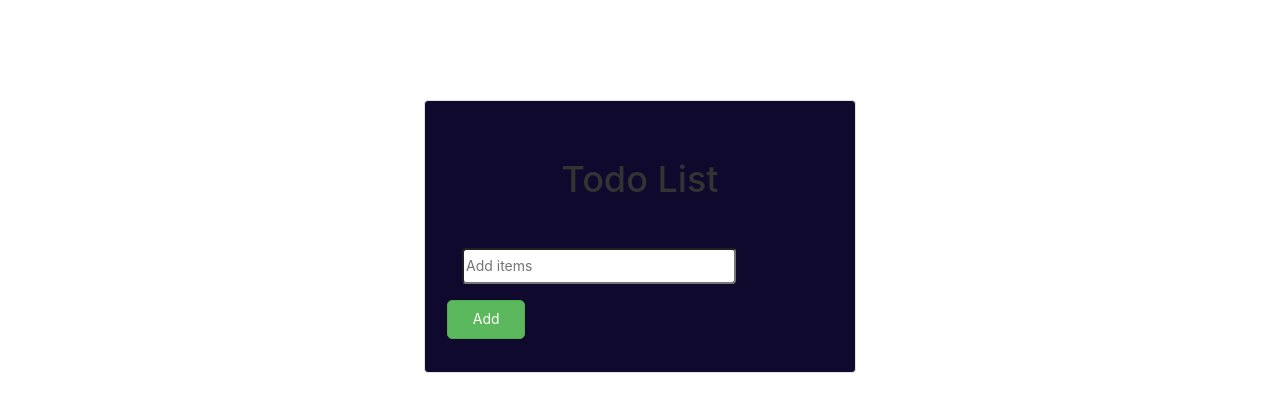
Repository: arpana23/Todo-list
Page: /
An editor plug-in stored every save of this project. The page is shown before and after the next save, followed by the edit.
The browser window is 1280 px wide. The pictures show the whole page.
Some web libraries are served in a nearby version. The project was rebuilt for these pictures with package versions that can differ from the ones it lists, and the page was loaded fresh each time. Also part of the build but not shown: src/Todolist.js.

Above is the page before, as saved 2021-04-15 17:25:14.

### public/index.html
<!DOCTYPE html>
<html lang="en">
  <head>
    <meta charset="utf-8" />
    <link rel="icon" href="%PUBLIC_URL%/favicon.ico" />
    <meta name="viewport" content="width=device-width, initial-scale=1" />
    <meta name="theme-color" content="#000000" />
    <meta
      name="description"
      content="Web site created using create-react-app"
    />
    <link rel="apple-touch-icon" href="%PUBLIC_URL%/logo192.png" />
    <!--
      manifest.json provides metadata used when your web app is installed on a
      user's mobile device or desktop. See https://developers.google.com/web/fundamentals/web-app-manifest/
    -->
    <script src="https://kit.fontawesome.com/94ade1d1ca.js" crossorigin="anonymous"></script>
    <link rel="manifest" href="%PUBLIC_URL%/manifest.json" />
    <!-- Latest compiled and minified CSS -->
    <link rel="stylesheet" href="https://maxcdn.bootstrapcdn.com/bootstrap/3.4.1/css/bootstrap.min.css">

    <!-- jQuery library -->
    <script src="https://ajax.googleapis.com/ajax/libs/jquery/3.5.1/jquery.min.js"></script>

    <!-- Latest compiled JavaScript -->
    <script src="https://maxcdn.bootstrapcdn.com/bootstrap/3.4.1/js/bootstrap.min.js"></script>
    <!--
      Notice the use of %PUBLIC_URL% in the tags above.
      It will be replaced with the URL of the `public` folder during the build.
      Only files inside the `public` folder can be referenced from the HTML.

      Unlike "/favicon.ico" or "favicon.ico", "%PUBLIC_URL%/favicon.ico" will
      work correctly both with client-side routing and a non-root public URL.
      Learn how to configure a non-root public URL by running `npm run build`.
    -->
    <title>React App</title>
  </head>
  <body>
    <noscript>You need to enable JavaScript to run this app.</noscript>
    <div id="root"></div>
    <!--
      This HTML file is a template.
      If you open it directly in the browser, you will see an empty page.

      You can add webfonts, meta tags, or analytics to this file.
      The build step will place the bundled scripts into the <body> tag.

      To begin the development, run `npm start` or `yarn start`.
      To create a production bundle, use `npm run build` or `yarn build`.
    -->
  </body>
</html>

### src/App.js
import React, { useState } from 'react';
import Todolist from './Todolist';
import './App.css';

const App = () => {


  const [inputItem , setInputItem] = useState("");
  const [itemList , setItemList] = useState([]);

  const handleChange = (e) => {
    setInputItem(e.target.value);
  }

  const addItems = (e) => {
    e.preventDefault();
    setItemList((olditems) => {
      return [...olditems, inputItem];
    });
    setInputItem("");
  }

  const updateItem = (id) => {
    let item =  itemList.map((olditems,index,data) => {
      if(index === id) {
        setInputItem(data.splice(index,1));
        olditems = !olditems;
      }
      return [olditems];
      }
    )
    return item;
  }

  const deleteItem = (id) => {
    setItemList((olditems) => {
      return olditems.filter((arrElement,index) => {
        return index !== id;
        // if(index !== id) {
        //   return [...arrElement];
        // }
      })
    })
  }


 return (
  <>
    <div className="main-container">
      <div className="flex-container">
        <div className="well">
          <br />
            <h1 className="title text-center">Todo List</h1>
          <br />
          <div>
            <input type="text" className="addInput" max="10" min="1" placeholder="Add items" value={inputItem} onChange={handleChange}/>
            <button type="submit" className={`btn text-center ${setInputItem !== '' ? 'btn-success' : 'btn-success text-blur'}`}   onClick={addItems}> Add </button>
            <ul className="list-group">
              {
                itemList.map((data,index) => {
                  return <Todolist
                  key= {index}
                  id= {index}
                  list= {data}
                  onEdit= {updateItem}
                  onSelect= {deleteItem}
                  />
                })
              }
            </ul>
          </div>
        </div>
      </div>
    </div>

  </>
 )
}

export default App;

### src/App.css
.App {
  text-align: center;
}

.main-container {
  display: flex;
  flex-direction: column;
  justify-content: center;
}

.flex-container {
  display: flex;
  flex-direction: column;
  align-items: center;
  margin: 100px;
}

.well {
  background-color: rgb(14, 9, 45);
  width: 40%;
}

.addInput {
  margin: 18px;
  width: 70%;
  height: 5vh;
  border-radius: 4px;

  /* margin-left: 4px; */
}

.btn {
  margin: 3px;
  width: 20%;
  height: 5.5vh;
  border-radius: 5px;
  margin-top: -2px;
}

.list-group {
  margin: 11px;
}

.mylist {
  /* border: 1px solid black; */
  margin-top: 10px;
  margin-bottom: 10px;
  text-align: justify;
  /* border-radius: 7px; */
}

.list-group-item {
  word-wrap: break-word;
}

.my-text {
  margin-right: 3px;
  word-wrap: break-word;
}

.ed-del {
  display: flex;
  flex-direction: row;
  margin-top: -20px;
  justify-content: flex-end;
  align-items: center;
  /* position: relative;
  right: 0px; */
}

.fas {
  font-size: 20px;
  margin: 3px;
  display: flex;
  flex-direction: row;
  /* margin: 7px; */
  align-items: center;
}

Loaded but not shown: src/index.js (common file); src/index.css (common file); src/reportWebVitals.js (common file)

After the next save:
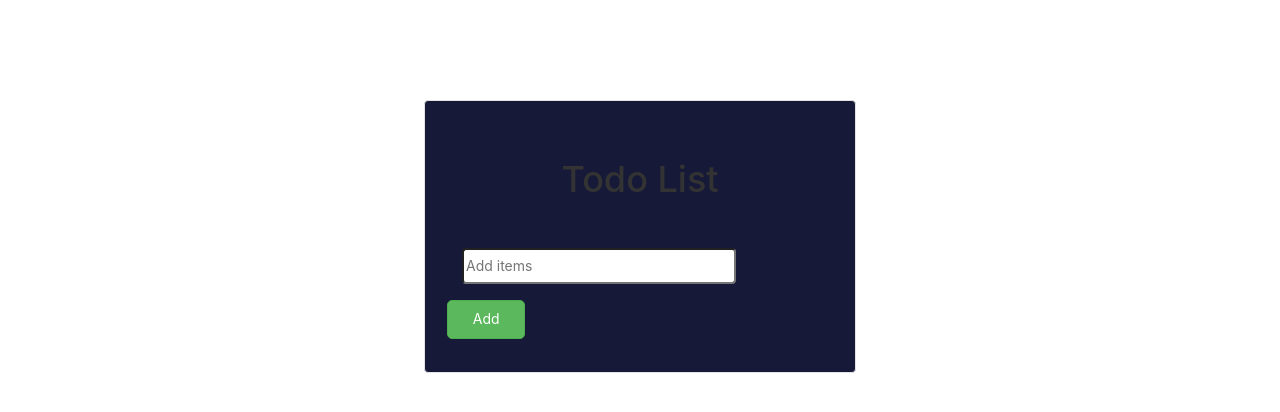
Saved 86 s later.
--- a/src/App.css
+++ b/src/App.css
@@ -16,7 +16,7 @@
 }
 
 .well {
-  background-color: rgb(14, 9, 45);
+  background-color: rgb(22, 26, 56);
   width: 40%;
 }
 
